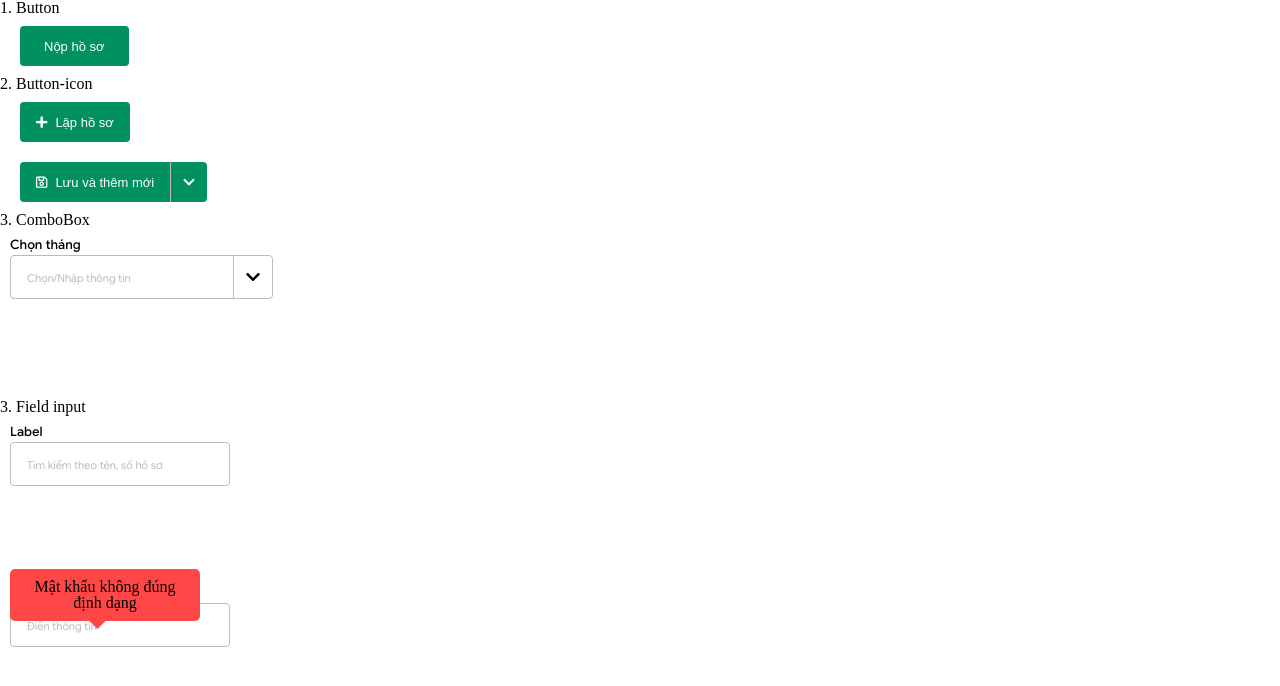
Repository: DAOVANLOI2K1/cukcuk_employeeGrid
Page: Page/index.html
The author's editor kept a copy of each file at every save. The page is drawn from the files as they stood at one save, then again after the next save.
The browser window is 1280 px wide. The pictures show the whole page.

Above is the page before, as saved 2022-06-28 09:57:06.

After the next save:
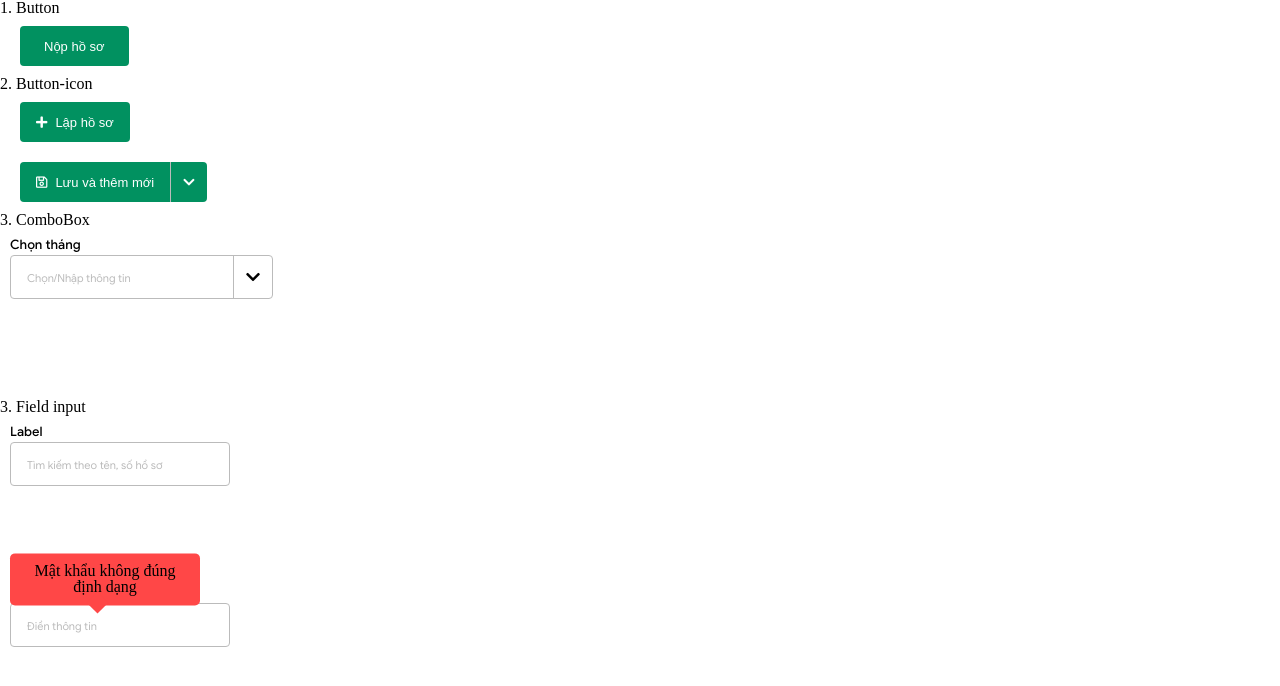
Saved 5 s later.
--- a/css/common/fieldInput.css
+++ b/css/common/fieldInput.css
@@ -5,7 +5,7 @@
     text-align: center;
     border-radius: 5px;
     position: relative;
-    transform: translateY(-150%);
+    transform: translateY(-180%);
 }
 
 .error_box::before {
